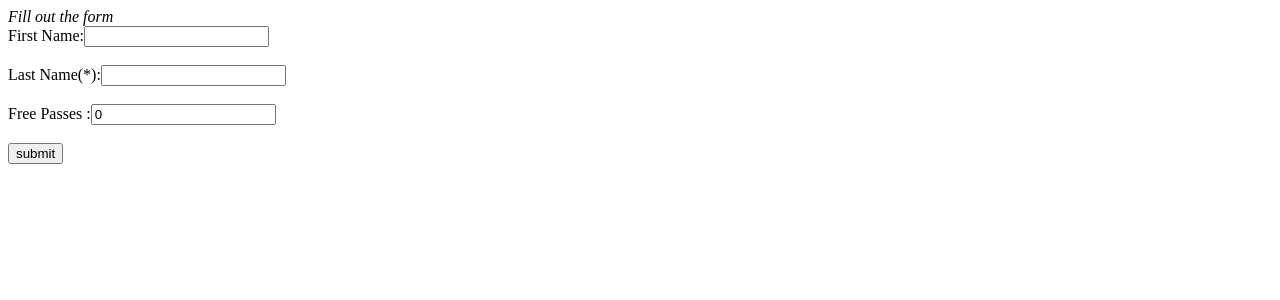
Repository: Janmajaya007/Eclipse-workspace
Page: http://localhost/spring-mvc-demo/customer/showForm
These files come from the project's save history. The page is drawn as it stood at one moment and after the next save; the edit follows.
The browser window is 1280 px wide. The pictures show the whole page.
The page is served by Tomcat 9.

Above is the page before, as saved 2022-05-20 12:21:59.

After the next save:
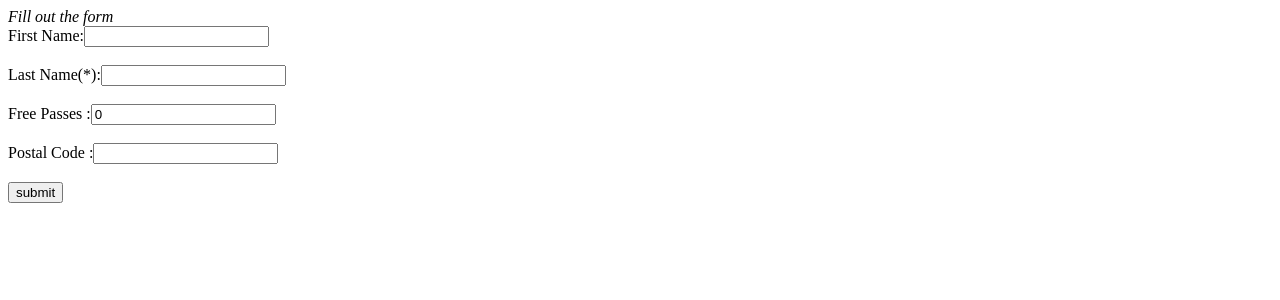
Saved 2 min 9 s later.
--- a/workspace3/spring-mvc-demo/WebContent/WEB-INF/view/customer-form.jsp
+++ b/workspace3/spring-mvc-demo/WebContent/WEB-INF/view/customer-form.jsp
@@ -25,6 +25,12 @@ Last Name(*):<form:input path="lastName" />
 		<form:errors path="freePass" cssClass="error" />
 		<br>
 		<br>
+
+		Postal Code :<form:input path="postalCode"/>
+		<form:errors path="postalCode" cssClass="error" />
+		<br>
+		<br>
+
 		<input type="submit" value="submit" />
 
 	</form:form>
